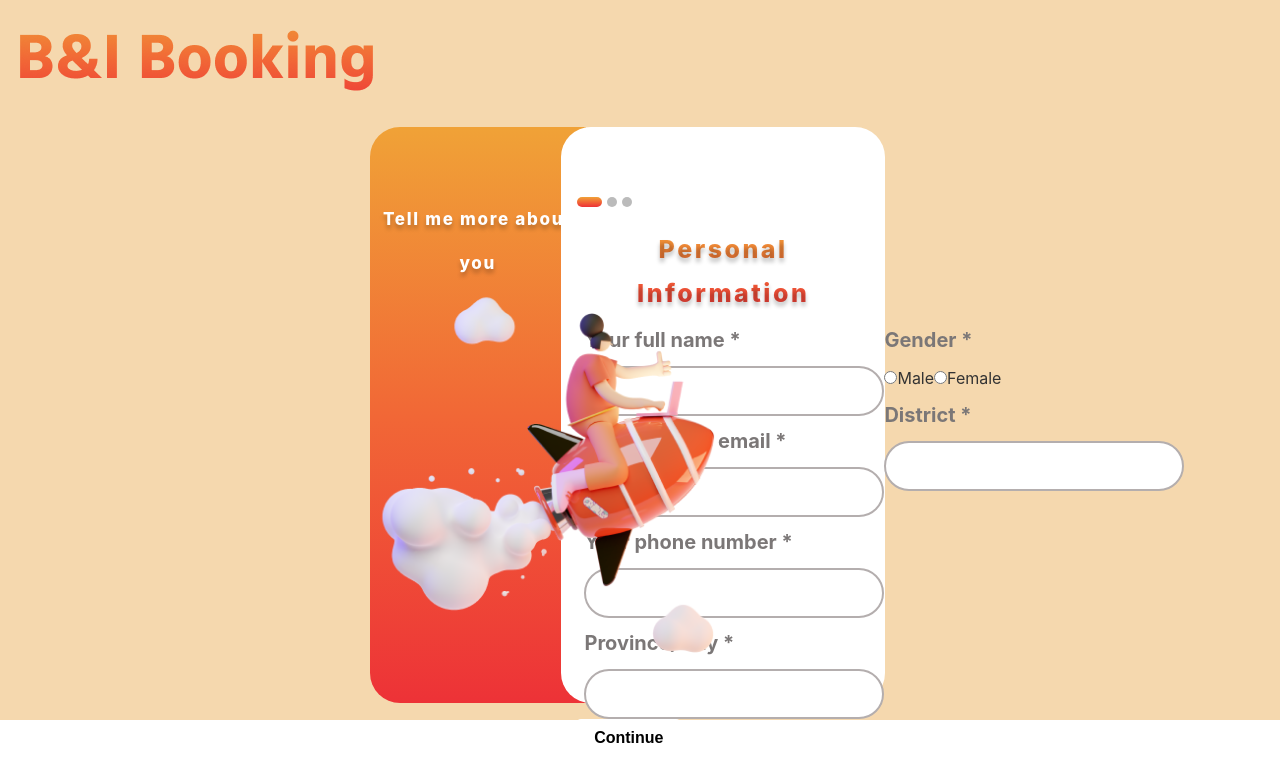
Repository: Grand-Line-PNV/FE-BIBooking
Page: /
The author's editor kept a copy of each file at every save. The page is drawn from the files as they stood at one save, then again after the next save.
The browser window is 1280 px wide. The pictures show the whole page.
The project was rebuilt for these pictures with package versions that can differ from the ones it lists, and the page was loaded fresh each time. Also part of the build but not shown: src/App.css.

Above is the page before, as saved 2023-02-06 10:52:54.

### public/index.html
<!DOCTYPE html>
<html lang="en">

<head>
  <meta charset="utf-8" />
  <link rel="icon" href="%PUBLIC_URL%/logoBIBooking.png" />
  <meta name="viewport" content="width=device-width, initial-scale=1" />
  <meta name="theme-color" content="#000000" />
  <meta name="description" content="Web site created using create-react-app" />
  <link rel="apple-touch-icon" href="%PUBLIC_URL%/logoBIBooking.png" />
  <!--
      manifest.json provides metadata used when your web app is installed on a
      user's mobile device or desktop. See https://developers.google.com/web/fundamentals/web-app-manifest/
    -->
  <link rel="manifest" href="%PUBLIC_URL%/manifest.json" />
  <!--
      Notice the use of %PUBLIC_URL% in the tags above.
      It will be replaced with the URL of the `public` folder during the build.
      Only files inside the `public` folder can be referenced from the HTML.

      Unlike "/favicon.ico" or "favicon.ico", "%PUBLIC_URL%/favicon.ico" will
      work correctly both with client-side routing and a non-root public URL.
      Learn how to configure a non-root public URL by running `npm run build`.
    -->
  <title>B&IBooking</title>
</head>

<body>
  <noscript>You need to enable JavaScript to run this app.</noscript>
  <div id="root"></div>
  <!--
      This HTML file is a template.
      If you open it directly in the browser, you will see an empty page.

      You can add webfonts, meta tags, or analytics to this file.
      The build step will place the bundled scripts into the <body> tag.

      To begin the development, run `npm start` or `yarn start`.
      To create a production bundle, use `npm run build` or `yarn build`.
    -->
</body>

</html>

### src/App.js
import "./App.css";
import { Provider } from "react-redux";
import store from "./redux";
import { faChevronLeft } from "@fortawesome/free-solid-svg-icons";
import { FontAwesomeIcon } from "@fortawesome/react-fontawesome";
import classNames from "classnames/bind";
import Button from "./components/Button/Button";
import PersonalInformation from "../src/view/pages/Influencers/PersonalInformation/index";

const cx = classNames.bind();

function App() {
  return (
    <Provider store={store}>
      <PersonalInformation />
    </Provider>
  );
}

export default App;

### src/styles/GlobalStyles.js
import "./GlobalStyles.scss";

function GlobalStyles({ children }) {
  return children;
}
export default GlobalStyles;

### src/redux/index.js
import { configureStore } from "@reduxjs/toolkit";

const store = configureStore({
	reducer: {
	},
});

export default store;

### src/components/Button/Button.js
import classNames from "classnames/bind"
import { Link } from "react-router-dom";
import styles from './Button.module.scss'

const cx = classNames.bind(styles)

function Button({
    children,
    small=false,
    large=false,
    primary = false,
    outline = false,
    rounded= false,
    text = false,
    disabled = false,
    to, href,className,leftIcon,rightIcon, onClick, ...passProps}) {
    let Comp = 'button';
    const props = {
        onClick,
        ...passProps
    }
    //Remove event listener when btn is disabled

    if(disabled) {
        Object.keys(props).forEach(key =>{
            if(key.startsWith('on') && typeof props[key] === 'function'){
                delete props[key];
            }
        })
    }
    if(to){
        props.to = to
        Comp = Link
    }else if(href){
        props.href = href
        Comp = 'a'
    }
    const classes = cx('wrapper',{
        [className]:className,
        primary,
        outline,
        rounded,
        small,
        large,
        text,
        disabled
    })
    return (
        <Comp className={classes} {...props}>
            {leftIcon && <span className={cx('icon')}>{leftIcon}</span>}
            <span className={cx('title')}>{children}</span>
            {rightIcon && <span className={cx('icon')}>{rightIcon}</span>}

        </Comp>
    )
}

export default Button;

### src/view/pages/Influencers/PersonalInformation/index.js
import React from "react";
import classNames from "classnames/bind";
import styles from "./PersonalInformation.module.scss";
import { Logo, Saly1 } from "../../../../assets/images";
import Button from "../../../../components/Button/Button";

const cx = classNames.bind(styles);

export default function PersonalInformation() {
  return (
    <>
      <div>
        <div className={cx("personalInfor")}>
          <img
            style={{ objectFit: "cover", padding: "30px 20px" }}
            src={Logo}
            alt="LogoB&IBooking"
          />
          <div className={cx("container")}>
            <div className={cx("personalInfor-container")}>
              <div className={cx("block-left")}>
                <p className={cx("personalInfor-title")}>
                  Tell me more about you
                </p>
                <img className={cx("saly1-img")} src={Saly1} alt="Saly1" />
              </div>
              <div className={cx("block-right")}>
                <div className={cx("block-container")}>
                  <div className={cx("dots")}>
                    <span className={cx("dot", "active")}></span>
                    <span className={cx("dot")}></span>
                    <span className={cx("dot")}></span>
                  </div>
                  <div className={cx("information")}>
                    <p className={cx("information-title")}>
                      Personal Information
                    </p>
                    <form className={cx("form")}>
                      <div className={cx("form-control-left")}>
                        <div className={cx("form-group")}>
                          <label className={cx("form-label")}>Your full name *</label>
                          <input className={cx("form-input")} type="email" required />
                        </div>
                        <div className={cx("form-group")}>
                          <label className={cx("form-label")}>Your address email *</label>
                          <input className={cx("form-input")} type="email" required />
                        </div>
                        <div className={cx("form-group")}>
                          <label className={cx("form-label")}>Your phone number *</label>
                          <input className={cx("form-input")} type="email" required />
                        </div>
                        <div className={cx("form-group")}>
                          <label className={cx("form-label")}>Province/City *</label>
                          <input className={cx("form-input")} type="email" required />
                        </div>
                      </div>
                      <div className={cx("form-control-right")}>
                        <div className={cx("form-group")}>
                          <label className={cx("form-label")}>Gender *</label>
                          <div className={cx("input-radio")}>
                            <input type="radio" required />
                            <label>Male</label>
                            <input type="radio" required />
                            <label>Female</label>
                          </div>
                        </div>
                        <div className={cx("form-group")}>
                          <label className={cx("form-label")}>District *</label>
                          <input className={cx("form-input")} type="email" required />
                        </div>
                      </div>
                    </form>
                    <Button>Continue</Button>
                  </div>
                </div>
              </div>
            </div>
          </div>
        </div>
      </div>
    </>
  );
}

### src/styles/GlobalStyles.scss
:root{
    --white:  rgba(255, 255, 255, 1.0);
    --primary: #fe2c55;
    --black: #000;
    --text-color: #333;
}
*{
    margin: 0;
    padding: 0;
    box-sizing: border-box;
}
html{
    font-size:62.5%;
}
body{
    text-rendering: optimizeSpeed;
    font-family: 'ProximaNova', sans-serif;
    font-size: 1.6rem;
    line-height: 1.5;
    color: var(--text-color)
}
button, input,[tabindex]{
    outline: none;
    border: none;
}
a[href]{
    color: var(--text-color);
    text-decoration: none
}

### src/components/Button/Button.module.scss
.wrapper{
    display: inline-flex;
    align-items: center;
    justify-content: center;
    font-size: 1.6rem;
    font-weight:700;
    font-family: 'ProximaNova', sans-serif;
    min-width: 100px;
    padding: 9px 16px;
    border-radius: 4px;
    cursor: pointer;
    background-color: var(--white);
    border: 1px solid transparent;
    user-select: none;

    + .wrapper{
        margin-left:8px;
    }
    &.disabled{
        pointer-events: none;
        opacity: 0.6;
    }
}
//Button types
.rounded{
    border-radius:999px;
    border-width: 1px;
    border-style: solid;
    box-shadow: 0 2px 8px rgb(0 0 0 / 6%);
    border-color: rgba(22, 24, 35, 0.12);

    &:hover{
        border-color: rgba(22, 24, 35, 0.2);
        background-color: rgba(22, 24, 35, 0.03);
    }
}

.primary{
    color: var(--white);
    background-color: var(--primary);
    border-color: var(--primary);
    &:hover{
        border-color: var(--primary);
        background: linear-gradient(0deg, rgba(0, 0, 0, 0.06), rgba(0, 0, 0, 0.06)),#FE2C55;
    }
}
.outline{
    color: var(--primary);
    border-color: currentColor;
    &:hover{
        border-color: currentColor;
        background-color: rgba(254, 44, 85, 0.06);
    }
}
.text{
    &:hover{
        text-decoration: underline;
    }
}
//Disabled

// Button sizes
.small{
    min-width: 88px;
    padding: 4px 16px;
}
.large{
    padding: 14px 16px;
    min-width: 140px;
}
.icon + .title, .title + .icon{
    margin-left: 8px;
}
.icon{
    display: inline-block;
    width: 24px;
    text-align: center;
}

### src/view/pages/Influencers/PersonalInformation/PersonalInformation.module.scss
:root {
  // color
  --Wheat-color: #f5d8ae;
  --SonicSilver-color: #7b7777;
  --Linear-orange-color: linear-gradient(
    180deg,
    #f0a237 0%,
    #f16736 50.31%,
    #ed3237 100%
  );
  --Inter-font-family: "Inter", sans-serif;
}
.personalInfor {
  width: 100%;
  height: 100vh;
  background-color: var(--Wheat-color);
  font-family: var(--Inter-font-family);
  & .container {
    width: 65%;
    // height: 50vh;
    // background-color: white;
    margin: 0 auto;
    border-radius: 20px;
    & .personalInfor-container {
        width: 65%;
        margin: 0 auto;
      height: 80vh;
      display: flex;
      position: relative;
      & .block-left {
        width: 40%;
        background: var(--Linear-orange-color);
        text-align: center;
        border-top-left-radius: 30px;
        border-bottom-left-radius: 30px;
        & .personalInfor-title {
          padding-top: 70px;
          font-style: normal;
          font-weight: 800;
          font-size: 17px;
          line-height: 44px;
          letter-spacing: 0.1em;
          color: #ffffff;
          text-shadow: 0px 4px 4px rgba(0, 0, 0, 0.25);
        }
        & .saly1-img {
          width: 42rem;
          object-fit: cover;
          position: absolute;
          z-index: 1;
          bottom: 0;
          left: 0;
          transform: translateX(-75px);
        }
      }
      & .block-right {
        width: 60%;
        background-color: white;
        border-radius: 30px;
        transform: translateX(-25px);
        & .block-container {
          width: 90%;
          height: 65vh;
          margin: 0 auto;
          margin-top: 70px;
          position: relative;
          & .dots {
            display: flex;
            gap: 5px;
            & .dot {
              height: 10px;
              width: 10px;
              background-color: #bbb;
              border-radius: 100rem;
            }
            & .active {
              background: var(--Linear-orange-color);
              width: 25px;
            }
          }
          & .information {
            // position: relative;
            // z-index: 100;
            & .information-title {
              margin-top: 20px;
              background: linear-gradient(
                180deg,
                #f0a237 0%,
                #f16736 50.83%,
                #ed3237 100%
              );
              background-clip: text;
              color: transparent;
              font-style: normal;
              font-weight: 800;
              font-size: 25px;
              line-height: 44px;
              letter-spacing: 0.1em;
              text-shadow: 0px 4px 4px rgba(0, 0, 0, 0.25);
              text-align: center;
            }
            & .form {
              display: flex;
              //   background-color: red;
              width: 95%;
              margin: 0 auto;
              justify-content: space-between;
              & .form-control-left {
              }
              & .form-group {
                display: flex;
                flex-direction: column;
                & .form-label {
                  color: var(--SonicSilver-color);
                  font-style: normal;
                  font-weight: 700;
                  font-size: 20px;
                  line-height: 51px;
                }
                & .form-input {
                  background: #ffffff;
                  border: 2px solid #b4aeae;
                  border-radius: 99px;
                  width: 300px;
                  height: 50px;
                  font-size: 20px;
                  text-align: center;
                }
              }
            }
          }
        }
      }
    }
  }
}

### src/assets/images/index.js
import Logo from "./LogoB&IBooking.png";
import Saly1 from "./Saly1.png";

export { Logo, Saly1 };

Loaded but not shown: src/index.js (common file); src/index.css (common file); src/reportWebVitals.js (common file)

After the next save:
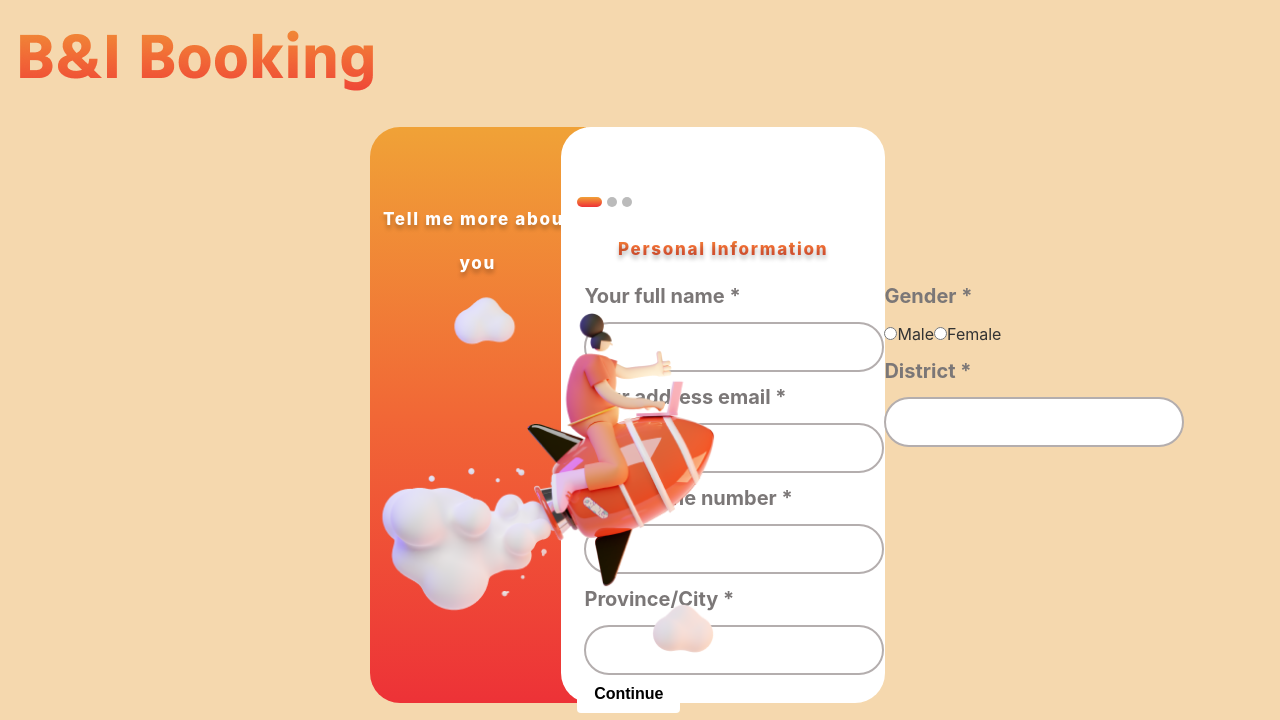
Saved 85 s later.
--- a/src/view/pages/Influencers/PersonalInformation/PersonalInformation.module.scss
+++ b/src/view/pages/Influencers/PersonalInformation/PersonalInformation.module.scss
@@ -93,7 +93,7 @@
               color: transparent;
               font-style: normal;
               font-weight: 800;
-              font-size: 25px;
+              font-size: 17px;
               line-height: 44px;
               letter-spacing: 0.1em;
               text-shadow: 0px 4px 4px rgba(0, 0, 0, 0.25);
